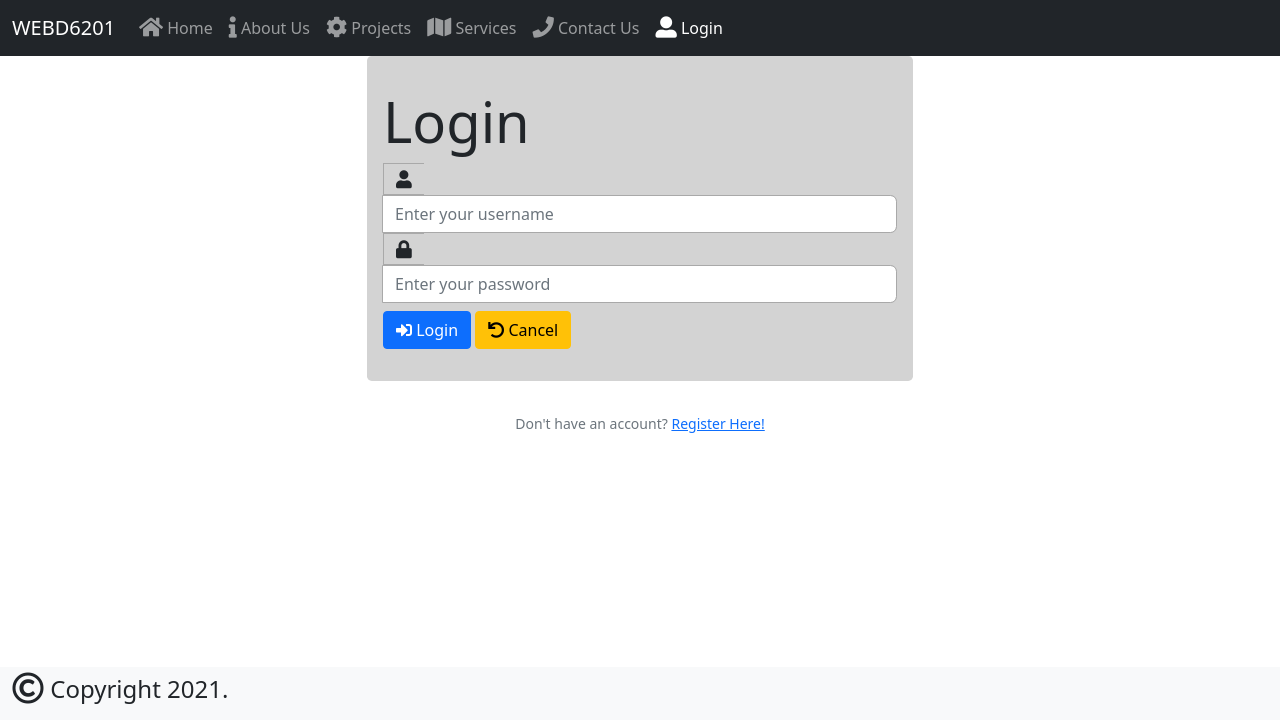
Repository: CKM206/WebD6201-W2021-ICE5
Page: login.html
An editor plug-in stored every save of this project. The page is shown before and after the next save, followed by the edit.
The browser window is 1280 px wide. The pictures show the whole page.

Above is the page before, as saved 2021-03-07 01:28:10.

After the next save:
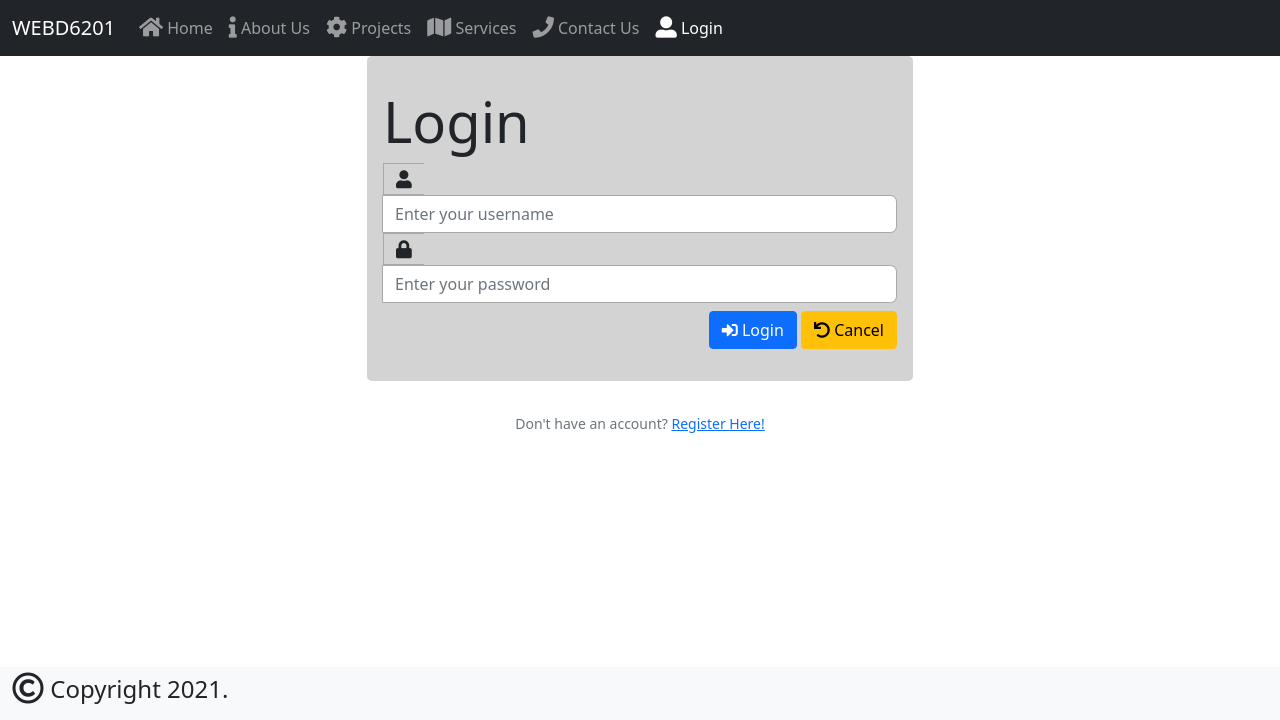
Saved 13 s later.
--- a/login.html
+++ b/login.html
@@ -80,7 +80,7 @@
                         </div>
 
                       </div>
-                      <div class="text-right content-md">
+                      <div class="text-right text-end">
                         <button id="loginButton" type="submit" class="btn btn-primary"> <i class="fas fa-sign-in-alt"></i> Login</button>
                         <button id="cancelButton" type="button" class="btn btn-warning"> <i class="fas fa-undo"></i> Cancel</button>
                       </div>
